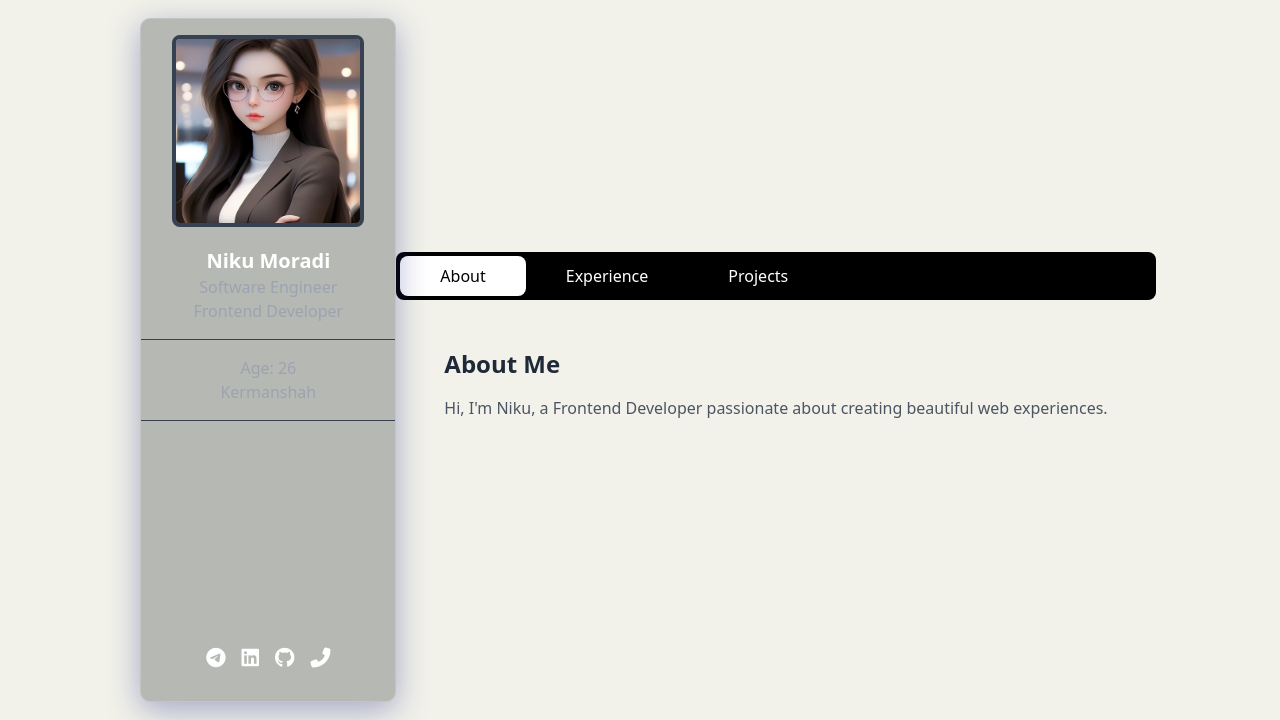
Repository: NikuMoradi/niku-moradi
Page: /About
The author's editor kept a copy of each file at every save. The page is drawn from the files as they stood at one save, then again after the next save.
The browser window is 1280 px wide. The pictures show the whole page.
The project was rebuilt for these pictures with package versions that can differ from the ones it lists, and the page was loaded fresh each time. The framework's server and built-in components were replaced by stand-ins that run in the browser. Also part of the build but not shown: nuxt.config.ts, components/Blog Posts/Component-Design.vue, components/Blog.vue, components/Contact.vue, components/Education.vue, components/Experience.vue, components/Hero.vue, components/MyPage.vue and 3 more.

Above is the page before, as saved 2024-11-28 17:50:41.

After the next save:
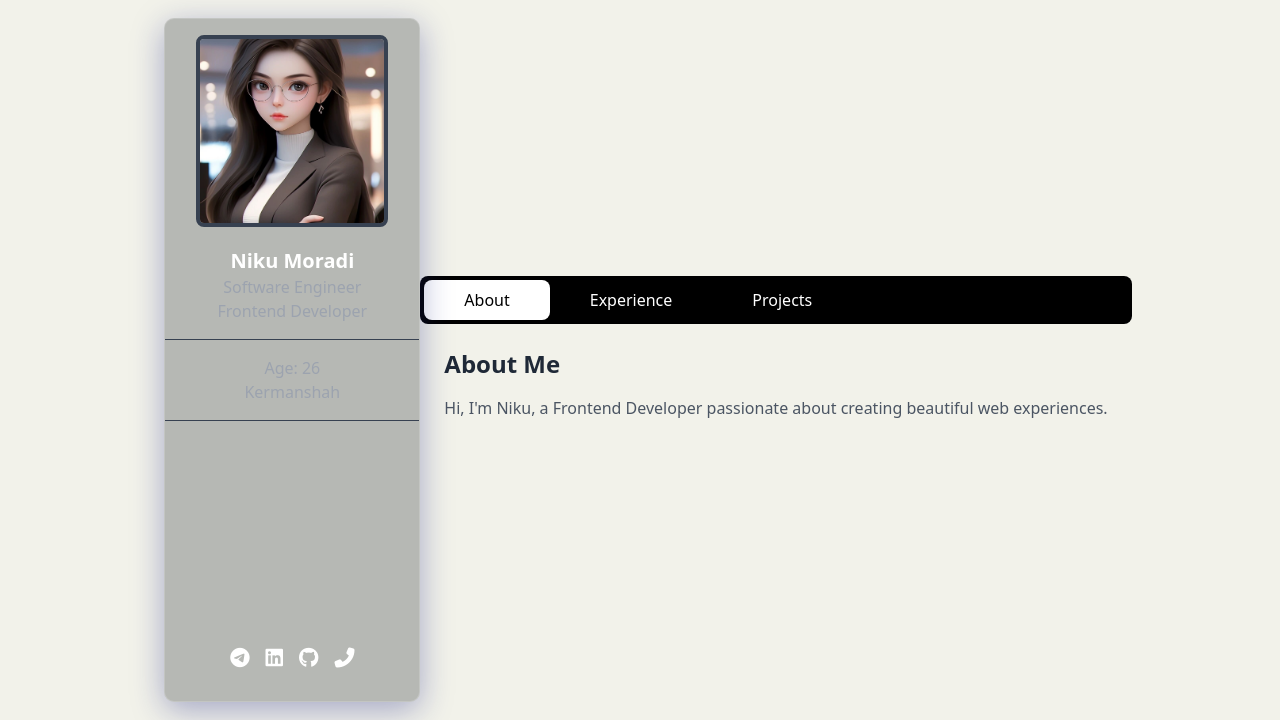
Saved 3 min 33 s later.
--- a/layouts/default.vue
+++ b/layouts/default.vue
@@ -7,9 +7,7 @@
     <!-- menu and main content -->
     <div class="flex flex-col">
       <Menu />
-      <main class="flex-1 p-6">
-        <NuxtPage />
-      </main>
+      <NuxtPage />
     </div>
   </div>
 </template>
